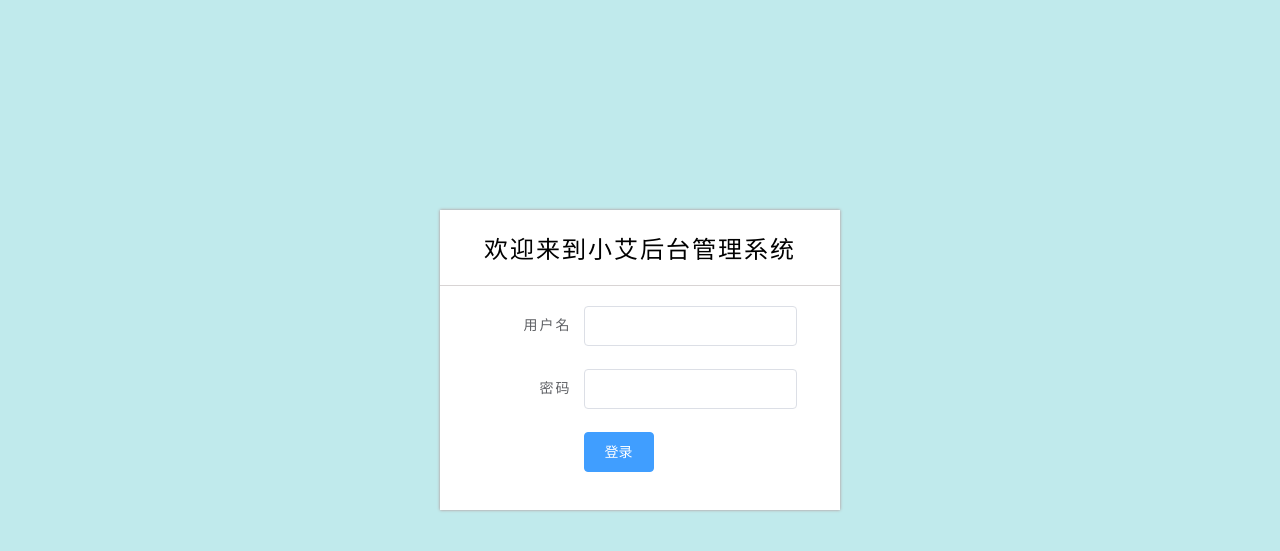
Repository: noob-injoker/router-slots-cw-ee
Page: /Login
An editor plug-in stored every save of this project. The page is shown before and after the next save, followed by the edit.
The browser window is 1280 px wide. The pictures show the whole page.
The project was rebuilt for these pictures with package versions that can differ from the ones it lists, and the page was loaded fresh each time. Also part of the build but not shown: vue.config.js, src/views/Home.vue.

Above is the page before, as saved 2020-08-28 17:38:50.

After the next save:
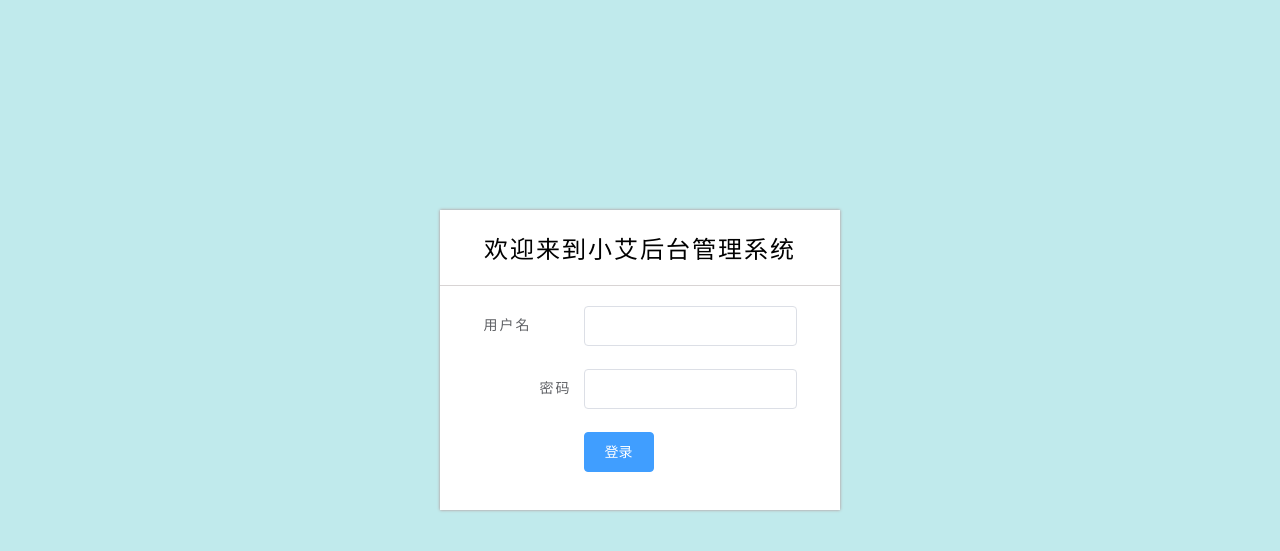
Saved 33 s later.
--- a/src/styles/styles.scss
+++ b/src/styles/styles.scss
@@ -1,3 +1,3 @@
-.el-form-item__label{
-
+.username .el-form-item__label{
+    text-align: left;
 }

After the save that followed:
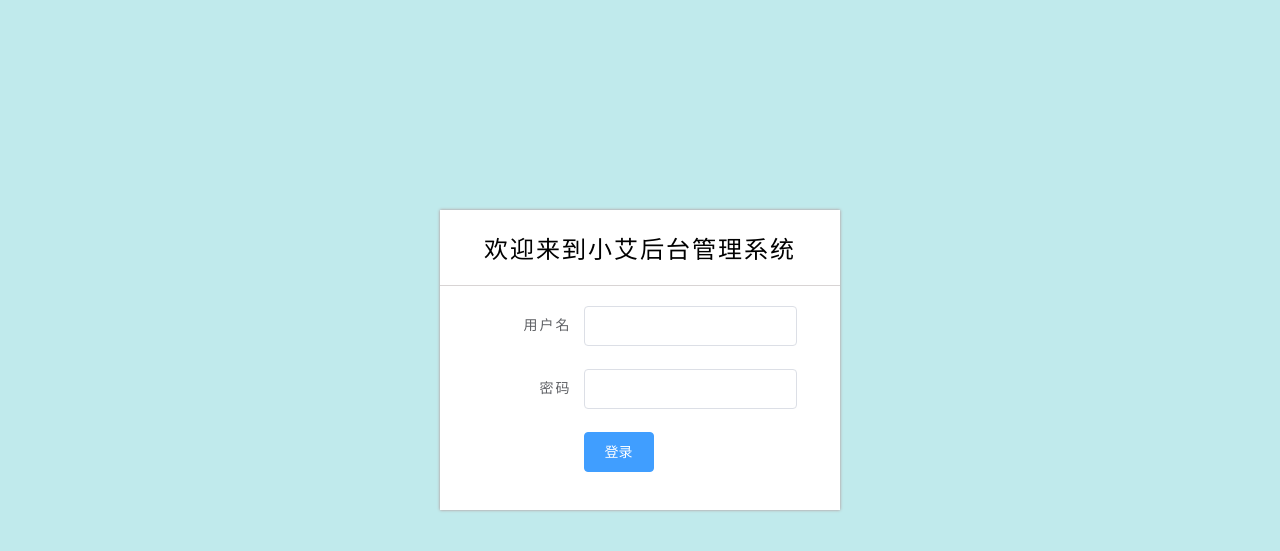
Saved 15 s later.
--- a/src/styles/styles.scss
+++ b/src/styles/styles.scss
@@ -1,3 +1,3 @@
-.username .el-form-item__label{
+.el-form-item__label{
     text-align: left;
 }
